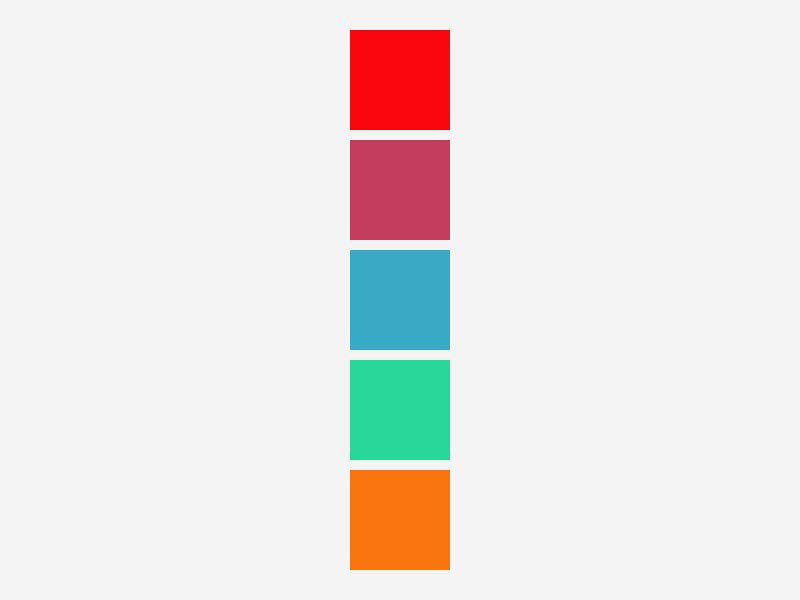
Repository: vitmac1/eclipse-workspace-project
Program's window: java exercicios-javafx/src/layout/AppLayout.java
These files come from the project's save history. The program's window is drawn as it stood at one moment and after the next save; the edit follows.
It runs on Java 21 on a 1366 x 768 screen with JavaFX 11; the title bar is not drawn.

Above is the program's window before, as saved 2022-10-21 17:02:51.

### exercicios-javafx/src/layout/AppLayout.java
package layout;

import javafx.application.Application;
import javafx.scene.Parent;
import javafx.scene.Scene;
//import javafx.scene.Scene;
//import javafx.scene.layout.VBox;
import javafx.stage.Stage;

public class AppLayout extends Application{

	private Stage Janela;

	@Override
	public void start(Stage primaryStage) throws Exception {
		@SuppressWarnings("unused")
		Parent raiz = null;

		raiz = new TesteBorderPane();
		raiz = new TesteFlowPane();

		Scene principal = new Scene(new TesteFlowPane(), 800, 600);

		Janela = primaryStage;
		Janela.setScene(principal);
		Janela.setTitle("Gerenciador de Layout");
		Janela.show();
	}

	public static void main(String[] args) {
		launch(args);
	}
}

### exercicios-javafx/src/layout/TesteFlowPane.java
package layout;

import javafx.geometry.Insets;
import javafx.geometry.Orientation;
import javafx.geometry.Pos;
import javafx.scene.layout.FlowPane;

public class TesteFlowPane extends FlowPane{

	public TesteFlowPane() {
		Quadrado q1 = new Quadrado();
		Quadrado q2 = new Quadrado();
		Quadrado q3 = new Quadrado();
		Quadrado q4 = new Quadrado();
		Quadrado q5 = new Quadrado();

		setHgap(10);
		setVgap(10);
		setPadding(new Insets(10));

		setOrientation(Orientation.VERTICAL);
		setAlignment(Pos.CENTER);

		getChildren().addAll(q1, q2, q3, q4, q5);
	}
}

### exercicios-javafx/src/layout/TesteBorderPane.java
package layout;

import javafx.scene.layout.BorderPane;

public class TesteBorderPane extends BorderPane{

	public TesteBorderPane() {

		Caixa c1 = new Caixa().comTexto("Topo");
		setTop(c1);

		Caixa c2 = new Caixa().comTexto("Esquerda");
		setLeft(c2);

		Caixa c3 = new Caixa().comTexto("Direita");
		setRight(c3);

		Caixa c4 = new Caixa().comTexto("Fundo");
		setBottom(c4);

		Caixa c5 = new Caixa().comTexto("Area Central");
		setCenter(c5);
	}
}

### exercicios-javafx/src/layout/Caixa.java
package layout;

import javafx.geometry.Pos;
import javafx.scene.control.Label;
import javafx.scene.layout.Background;
import javafx.scene.layout.BackgroundFill;
import javafx.scene.layout.CornerRadii;
import javafx.scene.layout.HBox;
import javafx.scene.paint.Color;
import javafx.scene.text.Font;

public class Caixa extends HBox{

	private static int i = 0;

	private String[] cores =
	{
		"#c33c5e", "#39aac6", "#28d79a",
		"#fb750e", "#6657a8", "#f9060e"
	};

	public Caixa() {
		this(100, 100);
	}

	public Caixa(int largura, int altura) {
		setAlignment(Pos.CENTER);

		setMinWidth(largura);
		setMinHeight(altura);

		BackgroundFill fill = new BackgroundFill(
				Color.web(cores[i]), CornerRadii.EMPTY, javafx.geometry.Insets.EMPTY);
		setBackground(new Background(fill));

		i++;
		if (i == 6)i = 0;

	}

	public Caixa comTexto(String texto) {
		Label label = new Label(texto);
		label.setFont(new Font(24));
		getChildren().add(label);
		return this;
	}
}

### exercicios-javafx/src/layout/Quadrado.java
package layout;

import javafx.scene.paint.Color;
import javafx.scene.shape.Rectangle;

public class Quadrado extends Rectangle{
	private static int i = 0;

	private String[] cores =
	{
		"#c33c5e", "#39aac6", "#28d79a",
		"#fb750e", "#6657a8", "#f9060e"
	};

	public Quadrado() {
		this(100, 100);
	}

	public Quadrado(int largura, int altura) {

		setWidth(largura);
		setHeight(altura);

		setFill(Color.web(cores[i]));

		i++;
		if (i == 6)i = 0;
	}


}

After the next save:
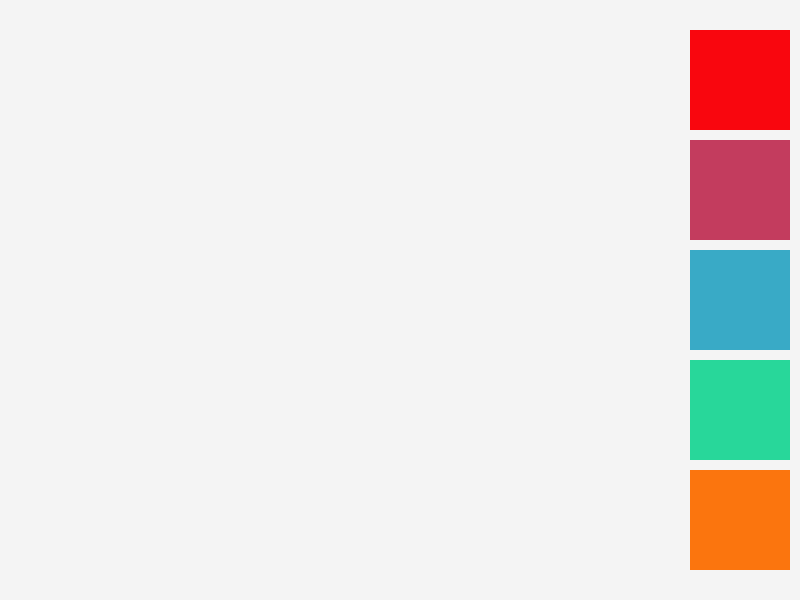
Saved 11 s later.
--- a/exercicios-javafx/src/layout/TesteFlowPane.java
+++ b/exercicios-javafx/src/layout/TesteFlowPane.java
@@ -19,7 +19,7 @@
 		setPadding(new Insets(10));
 
 		setOrientation(Orientation.VERTICAL);
-		setAlignment(Pos.CENTER);
+		setAlignment(Pos.CENTER_RIGHT);
 
 		getChildren().addAll(q1, q2, q3, q4, q5);
 	}
